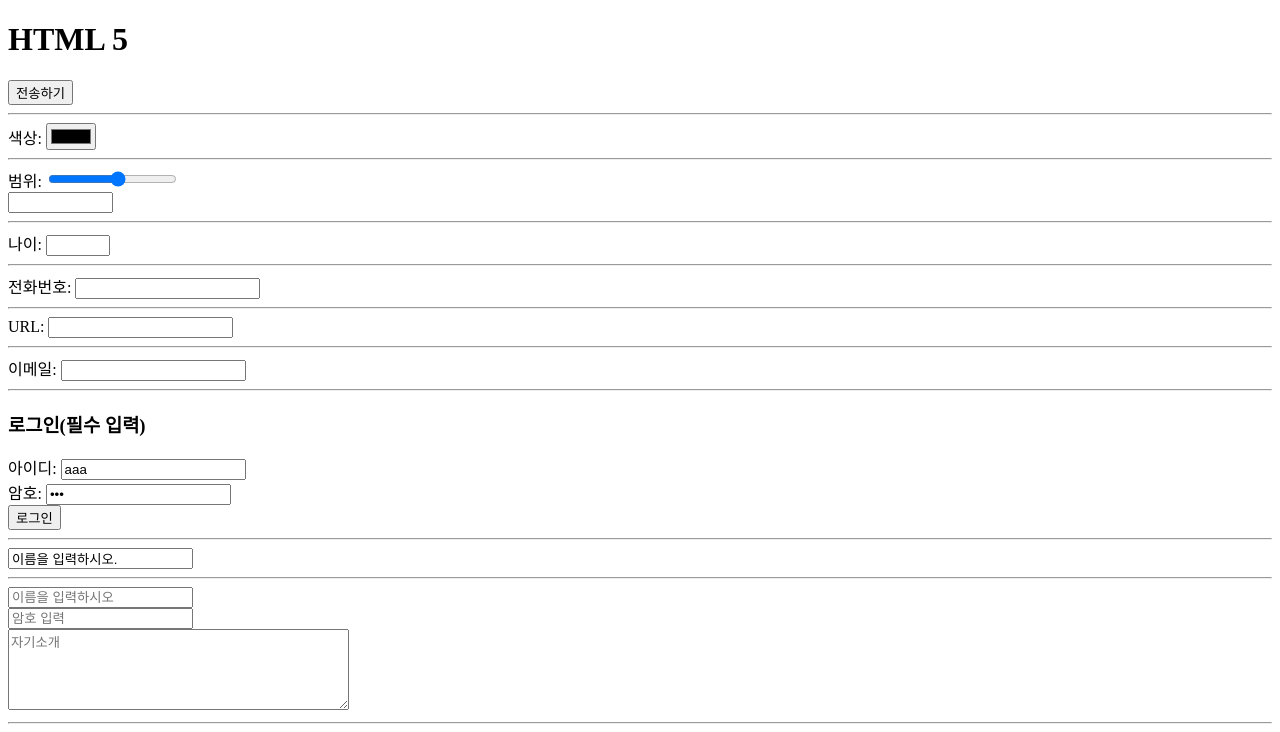
Repository: sujin9335/Front-end
Page: ClientTest/src/main/webapp/html/ex19.html
An editor plug-in stored every save of this project. The page is shown before and after the next save, followed by the edit.
The browser window is 1280 px wide. The pictures show the whole page.

Above is the page before, as saved 2023-09-21 08:37:05.

After the next save:
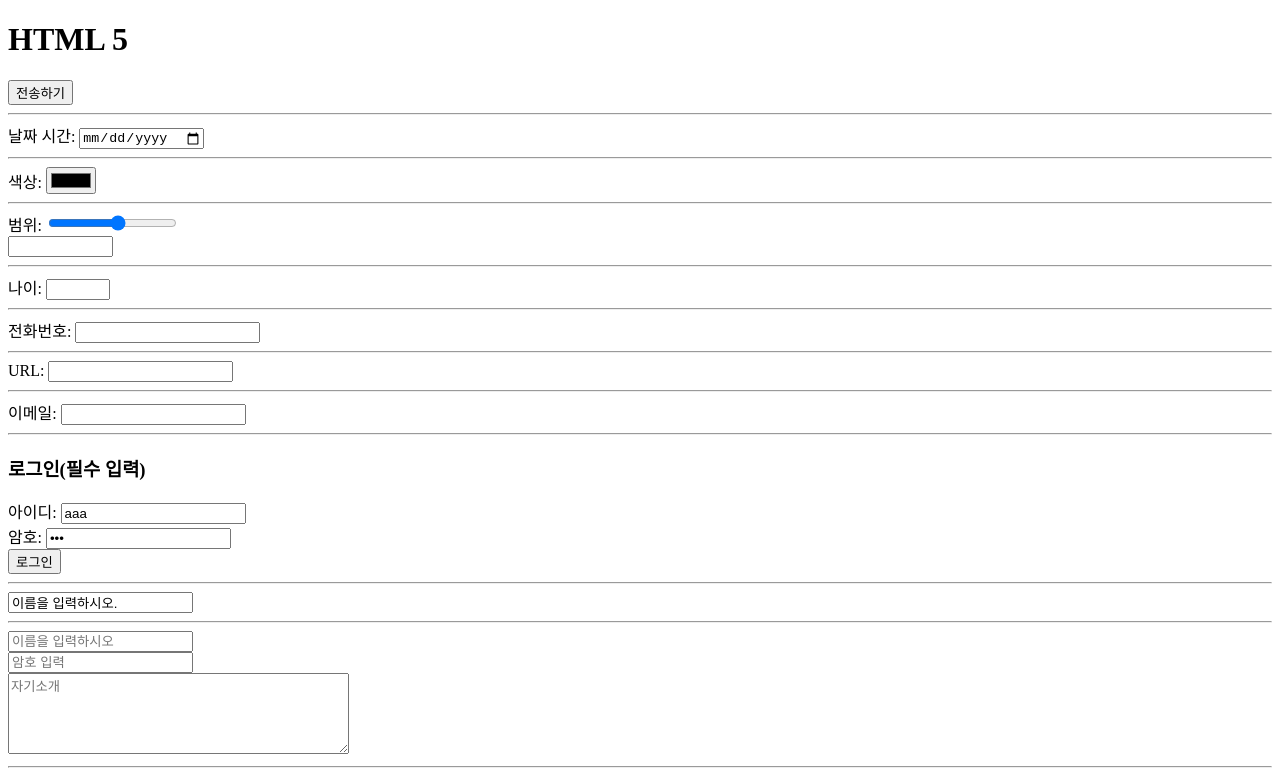
Saved 87 s later.
--- a/ClientTest/src/main/webapp/html/ex19.html
+++ b/ClientTest/src/main/webapp/html/ex19.html
@@ -10,6 +10,10 @@
 	<form method="POST" action="ex18_server.jsp">
 
 		<input type="submit" value="전송하기">
+		<hr>
+
+		날짜 시간: <input type="date">
+
 		<hr>
 
 		색상: <input type="color"
